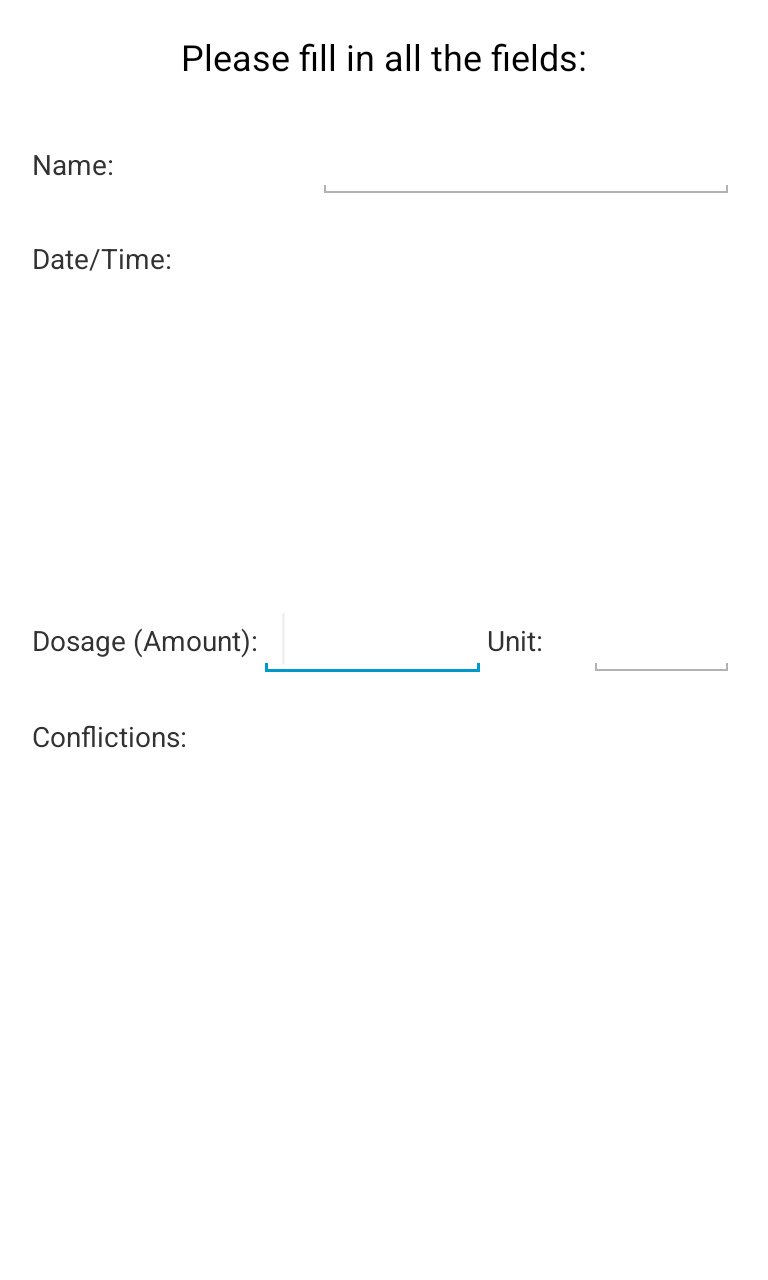
Repository: seth-skocelas/PHMS
Layout: PHMS/res/layout/activity_add_medication.xml
An editor plug-in stored every save of this project. The layout is shown before and after the next save, followed by the edit.
It is drawn on a 768 x 1280 px phone screen (xhdpi) without system bars, with theme AppTheme; the app's code is not run.

Above is the layout before, as saved 2014-04-07 03:11:00.

### PHMS/res/layout/activity_add_medication.xml
<RelativeLayout xmlns:android="http://schemas.android.com/apk/res/android"
    xmlns:tools="http://schemas.android.com/tools"
    android:layout_width="match_parent"
    android:layout_height="match_parent"
    android:paddingBottom="@dimen/activity_vertical_margin"
    android:paddingLeft="@dimen/activity_horizontal_margin"
    android:paddingRight="@dimen/activity_horizontal_margin"
    android:paddingTop="@dimen/activity_vertical_margin"
    tools:context=".AddMedicationActivity" >

    <TextView
        android:id="@+id/textView2"
        android:layout_width="wrap_content"
        android:layout_height="wrap_content"
        android:layout_centerHorizontal="true"
        android:text="@string/addMedInstructions"
        android:textAppearance="?android:attr/textAppearanceMedium"  />

    <TextView
        android:id="@+id/textView1"
        android:layout_width="wrap_content"
        android:layout_height="wrap_content"
        android:layout_alignParentLeft="true"
        android:layout_below="@+id/textView2"
        android:layout_marginTop="32dp"
        android:text="@string/name" />

    <TextView
        android:id="@+id/textView3"
        android:layout_width="wrap_content"
        android:layout_height="wrap_content"
        android:layout_below="@+id/textView1"
        android:layout_marginTop="28dp"
        android:text="@string/datetime" />

    <TextView
        android:id="@+id/textView4"
        android:layout_width="wrap_content"
        android:layout_height="wrap_content"
        android:layout_alignLeft="@+id/textView3"
        android:layout_centerVertical="true"
        android:text="@string/dosage" />

    <TextView
        android:id="@+id/textView5"
        android:layout_width="wrap_content"
        android:layout_height="wrap_content"
        android:layout_alignLeft="@+id/textView4"
        android:layout_below="@+id/textView4"
        android:layout_marginTop="29dp"
        android:text="@string/conflictions" />

    <EditText
        android:id="@+id/editText1"
        android:layout_width="wrap_content"
        android:layout_height="wrap_content"
        android:layout_alignBaseline="@+id/textView1"
        android:layout_alignBottom="@+id/textView1"
        android:layout_alignParentRight="true"
        android:ems="10" />

    <TextView
        android:id="@+id/textView6"
        android:layout_width="wrap_content"
        android:layout_height="wrap_content"
        android:layout_alignBaseline="@+id/textView4"
        android:layout_alignBottom="@+id/textView4"
        android:layout_alignRight="@+id/textView2"
        android:layout_marginRight="22dp"
        android:text="@string/unit" />

    <EditText
        android:id="@+id/editText2"
        android:layout_width="wrap_content"
        android:layout_height="wrap_content"
        android:layout_alignParentRight="true"
        android:layout_centerVertical="true"
        android:layout_toRightOf="@+id/textView6"
        android:ems="10" />

    <EditText
        android:id="@+id/editText3"
        android:layout_width="wrap_content"
        android:layout_height="wrap_content"
        android:layout_alignBaseline="@+id/editText2"
        android:layout_alignBottom="@+id/editText2"
        android:layout_toLeftOf="@+id/textView6"
        android:layout_toRightOf="@+id/textView4"
        android:ems="10"
        android:inputType="number" >

        <requestFocus />
    </EditText>

</RelativeLayout>

### PHMS/res/values/strings.xml
<?xml version="1.0" encoding="utf-8"?>
<resources>

    <string name="app_name">PHMS</string>
    <string name="hello_world">Hello world!</string>
    <string name="action_settings">Settings</string>
    <string name="welcome">Welcome to the Personal Health Monitoring System!</string>
    <string name="password">Password</string>
    <string name="options">Please login or register:</string>
    <string name="login">Login</string>
    <string name="register">Register</string>
    <string name="recover">Recover</string>
    <string name="title_activity_register">Register</string>
    <string name="firstname">First Name:</string>
    <string name="lastname">Last Name:</string>
    <string name="username">Username:</string>
    <string name="cancel">Cancel</string>
    <string name="email">Email Address:</string>
    <string name="phone">Phone Number:</string>
    <string name="height">Height: (ft)</string>
    <string name="inches">(in)</string>
    <string name="weight">Weight:</string>
    <string name="age">Age:</string>
    <string name="docemail">Doctor\'s Email:</string>
    <string name="gender">Gender:</string>
    <string name="security">Security Question: What is your mother\'s maiden name?</string>
    <string name="recoQuestion">Please enter your account email:</string>
    <string name="recoInfo">If there is an account on file with this email, an email will be sent out
	    					that will allow you to reset your password</string>
    <string name="title_activity_recover">Recover</string>
    <string name="ok">OK</string>
    <string name="dialog_message">Test</string>
    <string name="dialog_title">Test</string>
    <string name="title_activity_main_menu">MainMenuActivity</string>
    <string name="vital_signs">Vital Signs</string>
    <string name="medications">Medications</string>
    <string name="main_menu">Main Menu</string>
    <string name="diet_management">Diet Management</string>
    <string name="upcoming_events">Upcoming Events</string>
    <string name="search_app">Search the App</string>
    <string name="edit_acct">Edit Account</string>
    <string name="logout">Log Out</string>
    <string name="title_activity_medication">Medication</string>
    <string name="title_activity_diet">DietActivity</string>
    <string name="medInstructions">Select a medication to edit:</string>
    <string name="add">Add</string>
    <string name="ret">Return</string>
    <string name="title_activity_add_medication">AddMedicationActivity</string>
    <string name="addMedInstructions">Please fill in all the fields:</string>
	<string name="name">Name:</string>
	<string name="datetime">Date/Time:</string>
	<string name="conflictions">Conflictions:</string>
	<string name="dosage">Dosage (Amount):</string>
	<string name="unit">Unit:</string>
	<string name="save">Save</string>

</resources>

Loaded but not shown: PHMS/res/values/styles.xml (common file); PHMS/res/values-v11/styles.xml (common file); PHMS/res/values-v14/styles.xml (common file); PHMS/res/values/dimens.xml (common file); PHMS/res/values-w820dp/dimens.xml (common file)

After the next save:
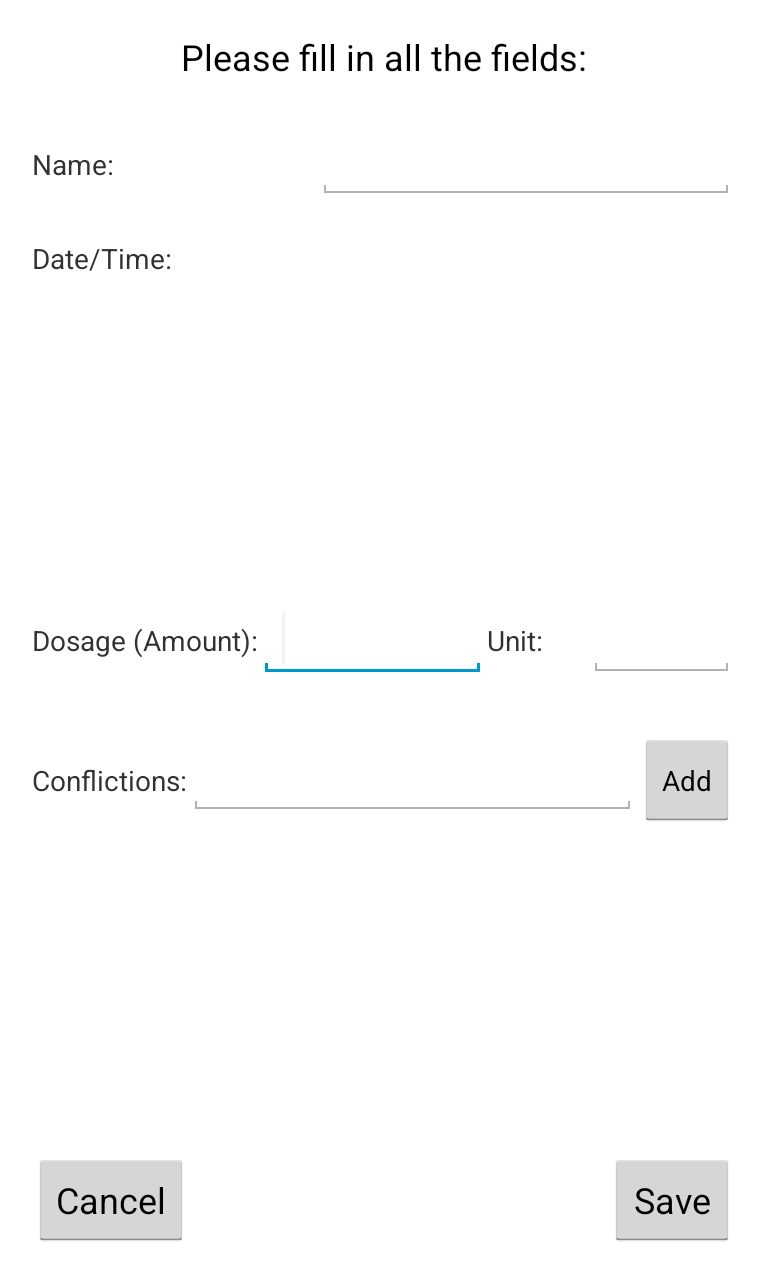
Saved 4 min 17 s later.
--- a/PHMS/res/layout/activity_add_medication.xml
+++ b/PHMS/res/layout/activity_add_medication.xml
@@ -41,15 +41,6 @@
         android:layout_centerVertical="true"
         android:text="@string/dosage" />
 
-    <TextView
-        android:id="@+id/textView5"
-        android:layout_width="wrap_content"
-        android:layout_height="wrap_content"
-        android:layout_alignLeft="@+id/textView4"
-        android:layout_below="@+id/textView4"
-        android:layout_marginTop="29dp"
-        android:text="@string/conflictions" />
-
     <EditText
         android:id="@+id/editText1"
         android:layout_width="wrap_content"
@@ -92,4 +83,52 @@
         <requestFocus />
     </EditText>
 
+    <Button
+        android:id="@+id/button1"
+        style="?android:attr/buttonStyleSmall"
+        android:layout_width="wrap_content"
+        android:layout_height="wrap_content"
+        android:layout_alignBaseline="@+id/textView5"
+        android:layout_alignBottom="@+id/textView5"
+        android:layout_alignParentRight="true"
+        android:text="@string/add"
+        android:onClick="addConfliction" />
+
+    <TextView
+        android:id="@+id/textView5"
+        android:layout_width="wrap_content"
+        android:layout_height="wrap_content"
+        android:layout_alignLeft="@+id/textView4"
+        android:layout_below="@+id/editText3"
+        android:layout_marginTop="41dp"
+        android:text="@string/conflictions" />
+
+    <EditText
+        android:id="@+id/editText4"
+        android:layout_width="wrap_content"
+        android:layout_height="wrap_content"
+        android:layout_alignBaseline="@+id/button1"
+        android:layout_alignBottom="@+id/button1"
+        android:layout_toLeftOf="@+id/button1"
+        android:layout_toRightOf="@+id/textView5"
+        android:ems="10" />
+
+    <Button
+        android:id="@+id/button3"
+        android:layout_width="wrap_content"
+        android:layout_height="wrap_content"
+        android:layout_alignParentBottom="true"
+        android:layout_alignParentLeft="true"
+        android:text="@string/cancel"
+        android:onClick="cancelMedication" />
+
+    <Button
+        android:id="@+id/button2"
+        android:layout_width="wrap_content"
+        android:layout_height="wrap_content"
+        android:layout_alignParentBottom="true"
+        android:layout_alignParentRight="true"
+        android:text="@string/save"
+        android:onClick="confirmMedication" />
+
 </RelativeLayout>
